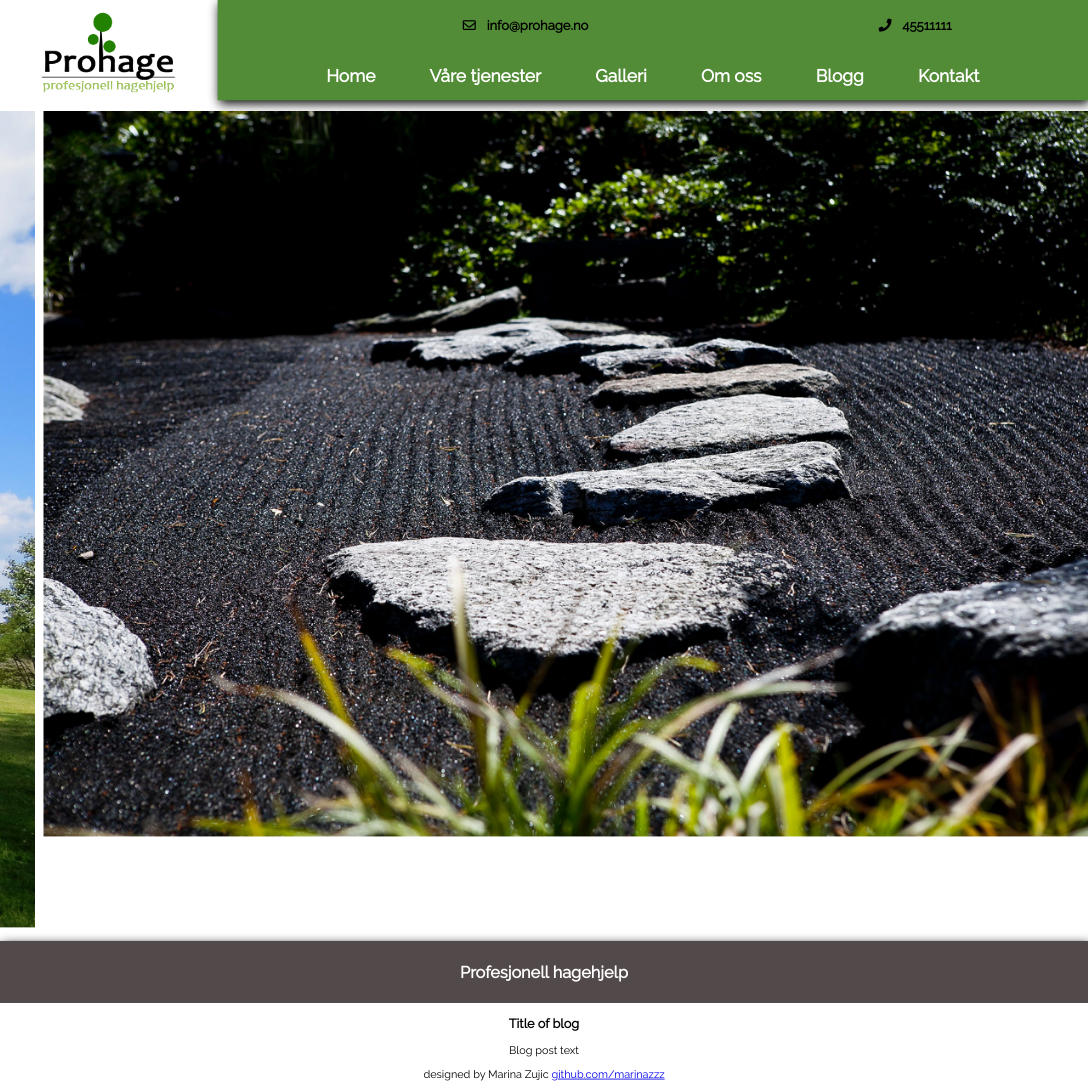
Repository: marinazzz/garden-design-website
Page: Garden design website/index.html
These files come from the project's save history. The page is drawn as it stood at one moment and after the next save; the edit follows.
The browser window is 1280 px wide. The pictures show the whole page, at 85% of full size.

Above is the page before, as saved 2020-03-28 19:28:41.

### Garden design website/index.html
<!DOCTYPE html>
<html lang="nb">
<head>
    <title>Hagedesign Oslo</title>
    <link rel="stylesheet" type="text/css" href="CSS/fontawesome-free-5.12.1-web/css/all.min.css">
    <link rel="stylesheet" type="text/css" href="CSS/style.css"/>
    <link rel="stylesheet" type="text/css" href="CSS/min-width-768px.css">
    <link rel="stylesheet" type="text/css" href="CSS/min-width-992px.css">
    <link rel="stylesheet" type="text/css" href="PLUGINS/glide-master/dist/css/glide.core.min.css" />
    <link rel="stylesheet" type="text/css" href="PLUGINS/glide-master/dist/css/glide.theme.min.css" />
    <link href="https://fonts.googleapis.com/css?family=Raleway&display=swap" rel="stylesheet">
    <meta name="viewport" content="width=device-width, initial-scale=1" charset="UTF-8">
</head>
<body>
    <header class="header--white-green">
        <div class="container__menu--small container__menu "> <!--grid container-->
            <div class="container__logo"> <!--1.column-->
                <img class="logo"src="images/prohage black.png" alt="Prohage logo">
            </div>
            <div class="container__items--small container__items"> <!--2.column-->
                <div class="container__item"> <!--1.row-->
                     <a href="mailto:info@prohage.no"
                         class ="container__item-txt"><i class="far fa-envelope"></i>info@prohage.no</a>
                     <a href="tlf:45511111"
                         class="container__item-txt"><i class="fas fa-phone"></i>45511111</a>
                </div>
               <div class="container__item-bottom"> <!--2.row-->
                   <button class="menu__toggle">
                       <i class="fas fa-bars"></i>
                   </button>
                   <nav id="menu">
                        <ul class="menu__list">
                            <li class="menu__item">
                                <a class="menu__link" href="home">Home</a>
                            </li>
                            <li class="menu__item">
                                <a class="menu__link" href="#services">Våre tjenester</a>
                            </li>
                            <li class="menu__item">
                                <a class="menu__link" href="#gallery">Galleri</a>
                            </li>
                            <li class="menu__item">
                                <a class="menu__link" href="#about">Om oss</a>
                            </li>
                            <li class="menu__item">
                                <a class="menu__link" href="#blog">Blogg</a>
                            </li>
                            <li class="menu__item">
                                <a class="menu__link" href="kontakt">Kontakt</a>
                            </li>
                       </ul>
                   </nav>
               </div>
            </div>
        </div>
        <section id="main-photo">
            <div class="glide">
                <div class="glide__track"
                     data-glide-el="track">
                    <ul class="glide__slides">
                        <li class="glide__slide">
                            <img class="main-photo__item"
                                 srcset="images/architecture-clouds-daylight-2000.jpg 2000w,
                                        images/architecture-clouds-daylight-1000.jpg 1000w"
                                 sizes="(min-width: 1440px) 2000px, 100vw"
                                 src="images/architecture-clouds-daylight-2000.jpg" alt="Garden">
                        </li>
                        <li class="glide__slide">
                            <img class="main-photo__item"
                            srcset="images/daylight-environment-garden-2000.jpg 2000w,
                                    images/daylight-environment-garden-1000.jpg 1000w"
                            sizes="(min-width: 1440px) 2000px, 100vw"
                            src="images/daylight-environment-garden-2000.jpg" alt="Garden and plants" >
                        </li>
                        <li class="glide__slide">
                            <img class="main-photo__item"
                            srcset="images/main-header-photo-2000.jpg 2000w,
                                    images/main-header-photo-1000.jpg 1000w"
                            sizes="(min-width: 1440px) 2000px, 100vw"
                            src="images/main-header-photo-2000.jpg" alt="Garden and plants" >
                        </li>
                        <li class="glide__slide">
                            <img class="main-photo__item"
                            srcset="images/header-photo-2000.jpg 2000w,
                                    images/header-photo-1000.jpg 1000w"
                            sizes="(min-width: 1440px) 2000px, 100vw"
                            src="images/header-photo-2000.jpg" alt="Garden designed by proffesional" >
                        </li>
                        <li class="glide__slide">
                            <img class="main-photo__item"
                            srcset="images/bloom-blooming-blur-2000.jpg 2000w,
                                    images/bloom-blooming-blur-1000.jpg 1000w"
                            sizes="(min-width: 1440px) 2000px, 100vw"
                            src="images/bloom-blooming-blur-2000.jpg" alt="Garden designed by proffesional" >
                        </li>
                    </ul>
                    <h1 class="main-photo__title">Profesjonell hagehjelp</h1>
                </div>
                <!--<div class="glide__arrows"
                         data-glide-el="controls">
                        <button class="glide__arrow glide__arrow--left"
                                data-glide-dir="<">
                            <i class="fas fa-chevron-circle-left"></i>
                        </button>
                        <button class="glide__arrow glide__arrow--right"
                                data-glide-dir=">">
                            <i class="fas fa-chevron-circle-right"></i>
                        </button>
                    </div>-->
            </div>

            <!--<img class="main-photo__item1"
                 srcset="images/architecture-clouds-daylight-2000.jpg 2000w,
                         images/architecture-clouds-daylight-1000.jpg 1000w"
                 sizes="(min-width: 1440px) 2000px, 100vw"
                 src="images/architecture-clouds-daylight-2000.jpg" alt="Garden">
            <img class="main-photo__item2"
                 srcset="images/header-photo-2000.jpg 2000w,
                         images/header-photo-1000.jpg 1000w"
                 sizes="(min-width: 1440px) 2000px, 100vw"
                 src="images/header-photo-2000.jpg" alt="Garden designed by proffesional" >
            <img class="main-photo__item3"
                 srcset="images/main-header-photo-2000.jpg 2000w,
                         images/main-header-photo-1000.jpg 1000w"
                 sizes="(min-width: 1440px) 2000px, 100vw"
                 src="images/main-header-photo-2000.jpg" alt="Garden and plants" >
            <h1 class="main-photo__title">Profesjonell hagehjelp</h1>-->
        </section>
     </header>
     <main>
         <section id="services">

         </section>
         <section id="gallery">

        </section>
         <article id="blog-posts">
             <h3>Title of blog</h2>
             <p>Blog post text</p>
         </article>
         <section id="about oss">

        </section>
     </main>
     <footer>
	     <p>designed by Marina Zujic
		     <a href="https://github.com/marinazzz">github.com/marinazzz</a>
	     </p>
     </footer>
     <script src="PLUGINS/glide-master/dist/glide.min.js"></script>
     <script>
        new Glide('.glide', {
            type: 'carousel',
            autoplay: true,
            hoverpause: false,
            perView: 1,
            animationDuration: 8000
        }).mount()
      </script>
     <script src="JS/js-app.js"></script>
</body>
</html>

### Garden design website/CSS/style.css
html {
  font-size: 62.5%;
}

body {
  margin: 0;
  padding: 0;
  text-align: center;
  box-sizing: border-box;
  font-family: 'Raleway', sans-serif;
}

       /*__ HEADER__ */

/*color styles*/
.header--white-green {
  --header-bg-color: #528C36;
  --header-link-color: black;
  --header-menu-link: #fff;
  --header-toggle-color: #528C36;
}

/*main style*/
.container__menu--small {
  display: flex;
  justify-content: space-around;
}

.logo {
  max-height: 8rem;
}

.container__items--small {
  display: grid;
  grid-template-rows: 1fr 1fr;
  align-content: flex-end;
  width: 250px;
}

.container__item {
  align-self: center;
}

.container__item, .container__item-bottom {
  text-align: end;
}

.container__item-txt {
  color: var(--header-link-color);
  text-decoration: none;
  font-size: 1.2rem;
}

.container__item > a:first-of-type {
  padding-right: 1.6rem;
}

.container__item-bottom > nav {
  text-align: center;
}

.menu__toggle {
  color: var(--header-bg-color);
  box-sizing: border-box;
  border: none;
  background-color: transparent;
  outline: none;
  font-size: 3rem;
  line-height: 0;
  padding: 0.5rem;
  color: var(--header-toggle-color);
  position: relative;
  z-index: 100;
}

.fa-phone, .fa-envelope {
  margin-right: 1rem;
}


/* MENU */

#menu {
  position: absolute;
  top: auto;
  left: 0;
  width: 100%;
  padding-top: 1rem;
  background-color: var(--header-bg-color);
  z-index: 20;
}

.menu__list {
  padding: 0;
  margin: 0;
  display: flex;
  flex-direction: column;
}

.menu__item {
  display: block;
  margin-bottom: 1rem;
}

.menu__link {
  color: var(--header-menu-link);
  text-decoration: none;
  font-size: 1.6rem;
}

.menu-opened {
  display: none;
}


/*FOR SMALL DEVICES*/

@media screen and (max-width: 420px) {

  .logo {
    max-height: 7rem;
  }

  .container__items--small {
    width: auto;
    align-self: center;
  }

  .container__item > a:first-of-type {
    padding-right: 1.3rem;
  }

  .container__item {
    text-align: center;
  }

  .fa-phone, .fa-envelope {
    margin-right: 0.3rem;
  }
}

/* MAIN PICTURE */

#main-photo {
  position: relative;
}

.main-photo__item {
   width: 100%;
}

/* GLIDE SLIDER CSS OVERRIDES */
#main-photo .glide__arrow  {
  font-size: 4rem;
  padding: 0;
  border-color: transparent;
  box-shadow: none;
  border-radius: 50%;
  line-height: 0;
  transition: all 200ms ease-in-out;
}

#main-photo .glide__arrow:hover {
  border-color: #252525;
  color: #252525;
}

.main-photo__title {
  position: relative;
  color: white;
  background-color: #524a4a;
  filter: drop-shadow(2px 4px 6px black);
  padding: 2rem;
  margin: 0;
  animation-name: main-txt;
  animation-duration: 5s;
  animation-fill-mode: forwards;
}

@keyframes main-txt {
  0% {left: -500px;}
  100% {left: 0;}
}

/*#main-photo {
  position: relative;
}

.main-photo__item {
   width: 100%;
}

.main-photo__title {
  position: absolute;
  bottom: 1rem;
  left: 20rem;
  font-size: 2rem;
}*/



/*1. COLOR OPTION*/
/* CSS variables*/
/* :root {
  --header-bg-color: #4daa57;
  --header-top-bg-color: #252525;
  --header-toggle-color: #fff;
}*/

/*.top-header__item {
  color: var(--header-link-color);
  text-decoration: none;
  font-size: 1.4rem;
}*/


/*------MAIN----------*/

### Garden design website/CSS/min-width-768px.css
@media screen and (min-width: 768px) {

  html {
    font-size: 70%;
  }

   /* HEADER */

   .container__menu {
    display: grid;
    grid-template-columns: 2fr 80%;;
  }

  .logo {
    z-index: 100;
  }

  .container__items {
    display: grid;
    grid-template-rows: 1fr 1fr;
    background: var(--header-bg-color);
    width: auto;
    filter: drop-shadow(2px 4px 6px black);
  }

  .container__item {
    align-self: center;
    display: flex;
    justify-content: space-around;
    /*padding-left: 23rem;*/
  }

  .container__item-bottom {
    display: flex;
    align-items: center;
  }

  .menu__toggle {
    display: none;
  }

  /* NAVIGATION */

  .menu-opened .menu__item .menu__link {
    display: block;
  }

  #menu {
    display: block;
    position: static;
    padding: 0;
    top: 0;
  }

  .menu__list {
    flex-direction: row;
    justify-content: space-evenly;
  }

  .menu__item {
    margin: 0;
  }

  .menu__item:hover {
    background-color:#272727;
  }

  .menu__link:active {
    color:black;
  }

  .menu__link, .container__item-txt {
    font-weight: bold;
  }


  /* color styles */

  :root {
    /*header*/
    --header-bg-color:#528C36;
    --link-color: #FCFDF9;
  }

}

### Garden design website/CSS/min-width-992px.css
@media screen and (min-width: 992px) {
    html {
        font-size: 80%;
    }

    .logo {
        max-height: 9rem;
    }

    .container__item {
        padding-left: 10rem;
    }

    .container__item-bottom {
        padding: 0 5rem;
    }
}

@media screen and (min-width: 1440px) {
    .container__item {
        padding-left: 22rem;
    }
}

@media screen and (min-width: 2560px) {

    .logo {
        max-height: 12rem;
    }

    .container__item {
        justify-self: center;
    }

    .container__item > a:first-of-type {
        padding: 0 13rem;
    }

    .container__item-bottom {
        padding: 0 40rem;
    }
}

### Garden design website/JS/js-app.js
let mainNav = document.getElementById("menu");

let navBarToggle = document.querySelector(".menu__toggle");

navBarToggle.addEventListener("click", function () {

    mainNav.classList.toggle("menu-opened");
});

Loaded but not shown: Garden design website/CSS/fontawesome-free-5.12.1-web/css/all.min.css (library); Garden design website/PLUGINS/glide-master/dist/css/glide.core.min.css (common file); Garden design website/PLUGINS/glide-master/dist/css/glide.theme.min.css (common file); Garden design website/PLUGINS/glide-master/dist/glide.min.js (library)

After the next save:
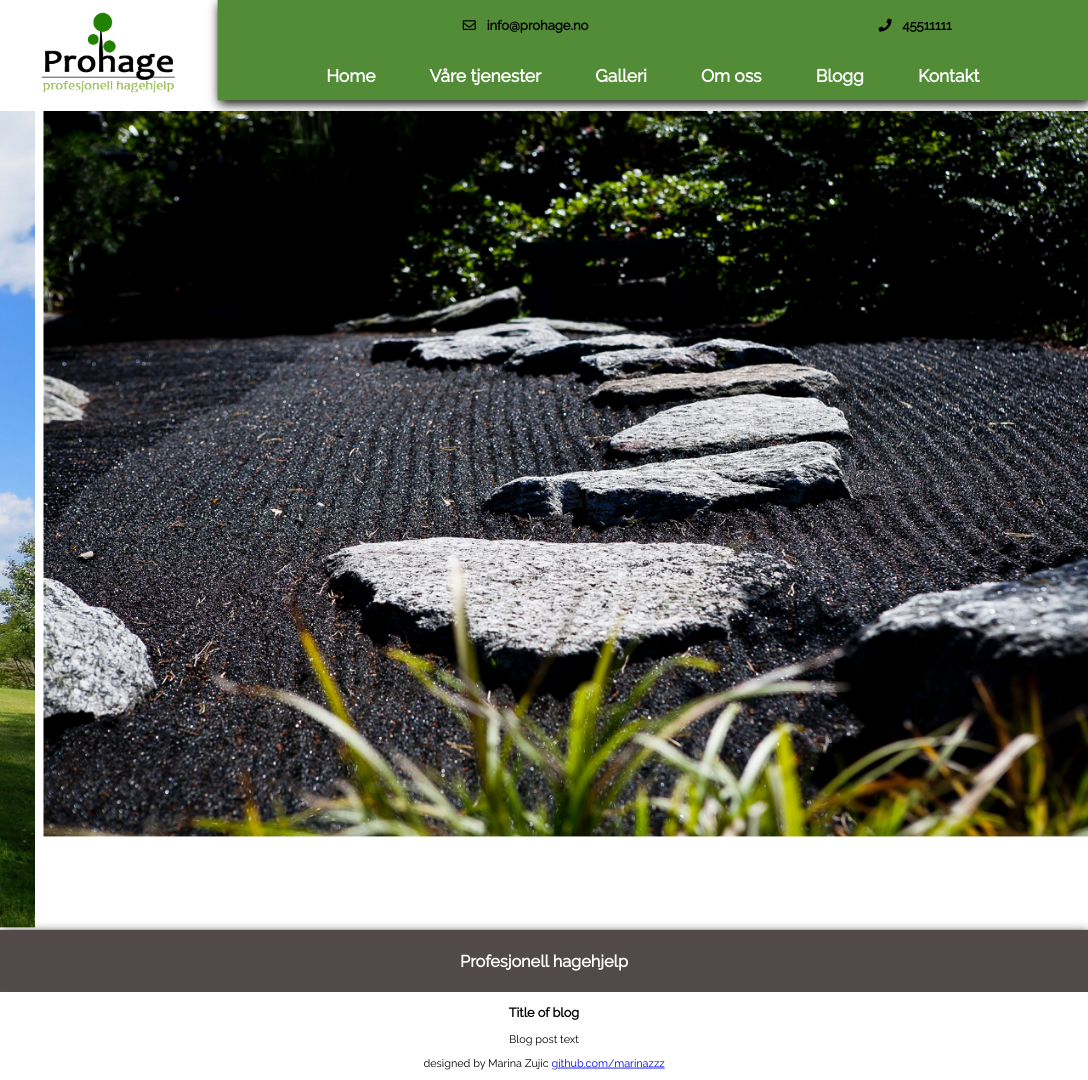
Saved 119 s later.
--- a/Garden design website/CSS/style.css
+++ b/Garden design website/CSS/style.css
@@ -165,6 +165,10 @@ body {
   color: #252525;
 }
 
+.glide__slides {
+  margin-block-end: 0;
+}
+
 .main-photo__title {
   position: relative;
   color: white;

After the save that followed:
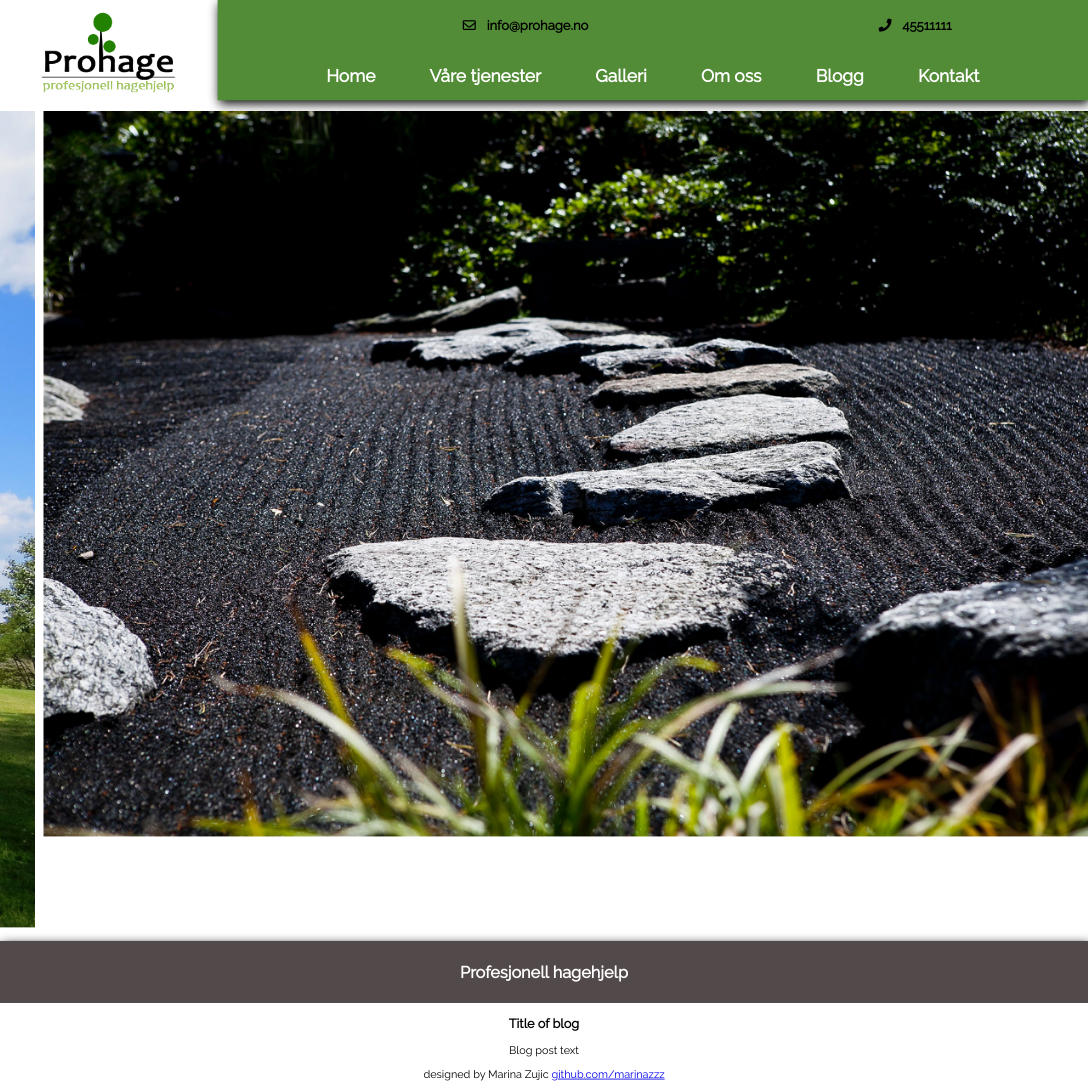
Saved 84 s later.
--- a/Garden design website/CSS/style.css
+++ b/Garden design website/CSS/style.css
@@ -165,7 +165,7 @@ body {
   color: #252525;
 }
 
-.glide__slides {
+.glide {
   margin-block-end: 0;
 }
 
